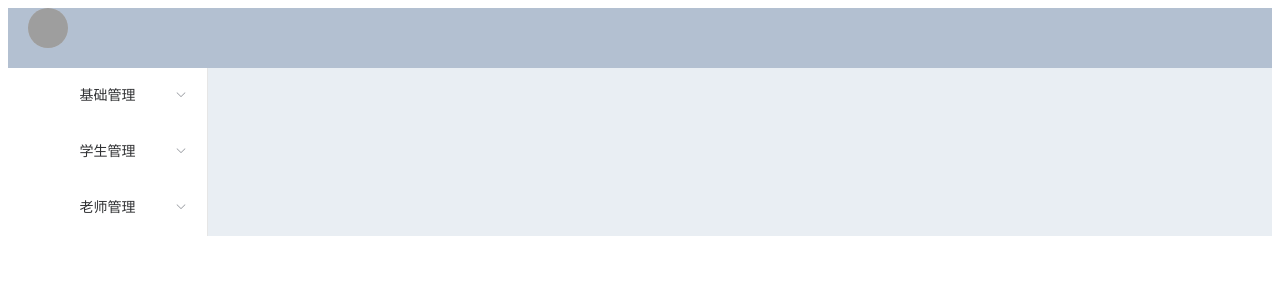
Repository: lwm9704/school-front
Page: /#/home
An editor plug-in stored every save of this project. The page is shown before and after the next save, followed by the edit.
The browser window is 1280 px wide. The pictures show the whole page.
Pictures or frames that could not be fetched are drawn as grey boxes. The project was rebuilt for these pictures with package versions that can differ from the ones it lists, and the page was loaded fresh each time. Also part of the build but not shown: src/view/login.vue.

Above is the page before, as saved 2021-11-15 14:56:48.

After the next save:
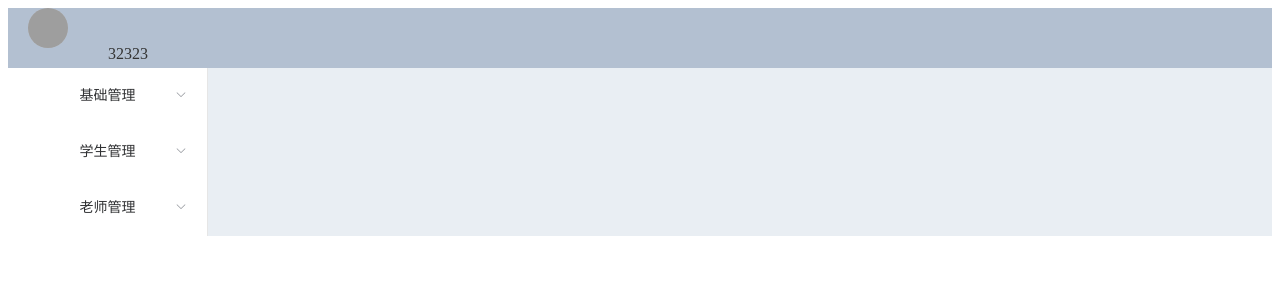
Saved 86 s later.
--- a/src/components/myHeader.vue
+++ b/src/components/myHeader.vue
@@ -26,8 +26,8 @@ export default {
   data() {
     return {
       userInfo: {
-        userId: "",
-        account: "",
+        userId: "3232",
+        account: "32323",
         role: "",
       },
     };
